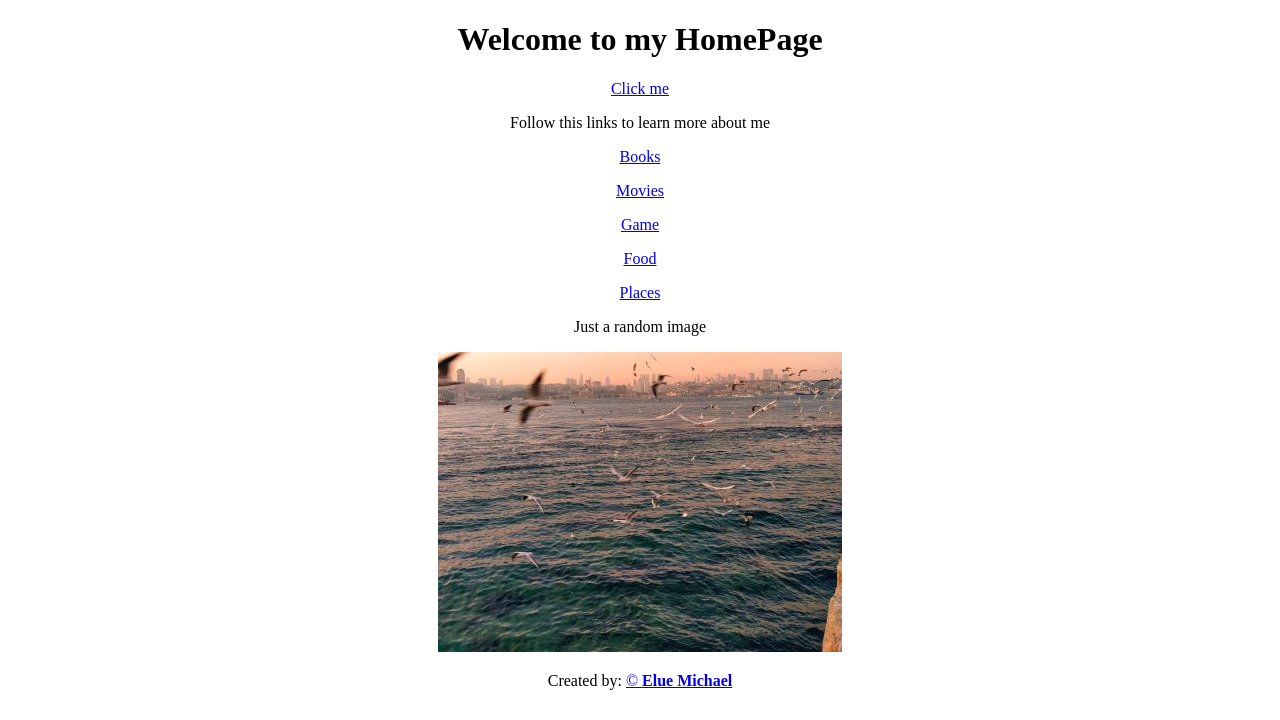
Repository: MikkyPrestige/html-website
Page: index.html
These files come from the project's save history. The page is drawn as it stood at one moment and after the next save; the edit follows.
The browser window is 1280 px wide. The pictures show the whole page.

Above is the page before, as saved 2023-04-15 18:59:33.

After the next save:
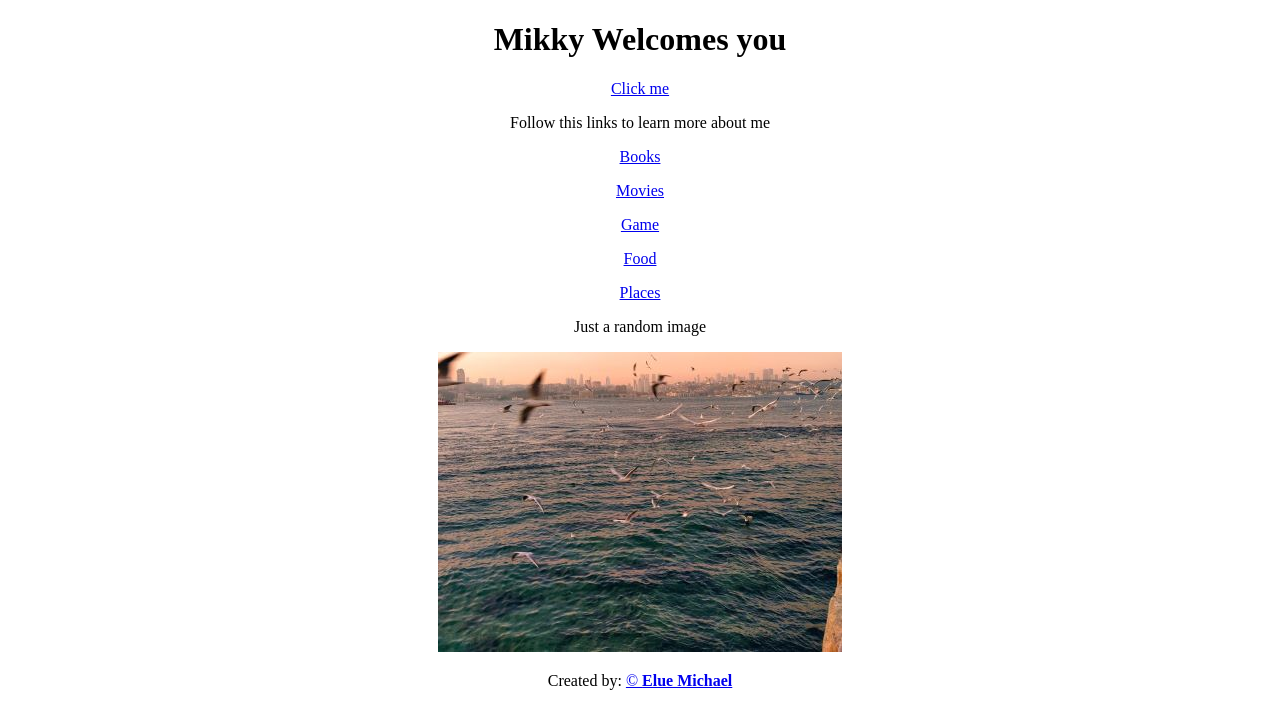
Saved 13 days later.
--- a/index.html
+++ b/index.html
@@ -11,7 +11,7 @@
 <body>
   <main>
     <center>
-      <h1>Welcome to my HomePage</h1>
+      <h1>Mikky Welcomes you</h1>
       <div>
         <a href="https://theuselessweb.com/" target="_blank">Click me</a>
       </div>
